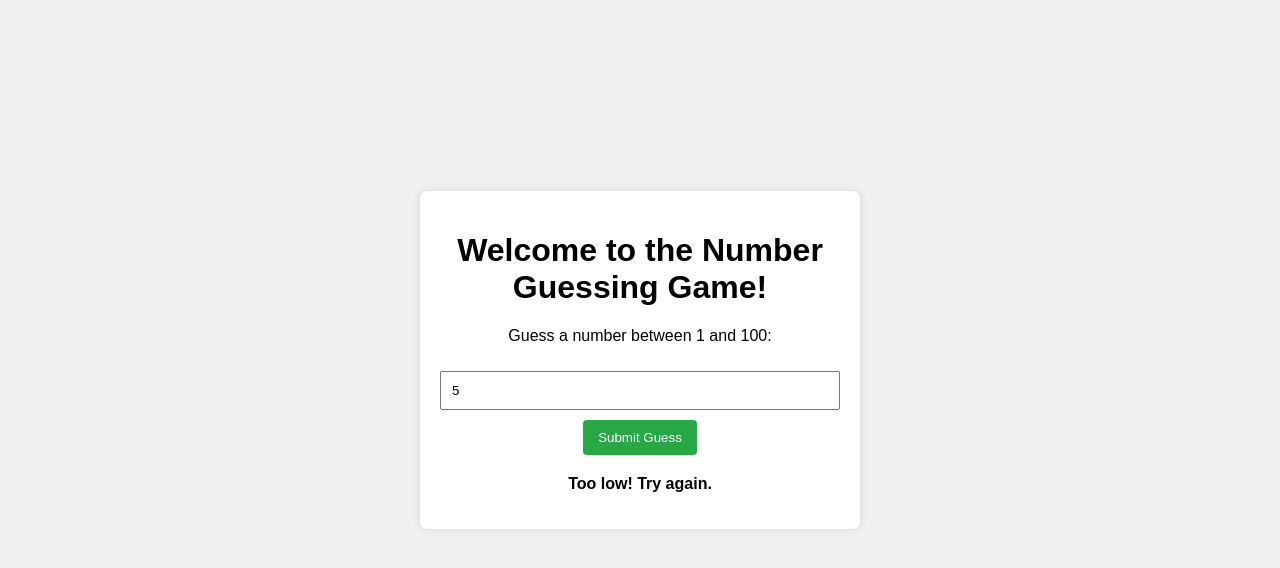
Repository: Rahim-Ullah/hexoforge-bootcamp
Page: phase-2-js-basic/guessing-game.html
An editor plug-in stored every save of this project. The page is shown before and after a run of saves, followed by the edit.
The browser window is 1280 px wide. The pictures show the whole page.
Empty fields were first filled with sample values (such as "Sample", 5 or name@example.com).
After loading, the first visible `#submitGuess` was clicked once.

Above is the page before, as saved 2025-09-06 12:46:28.

After the next 2 saves:
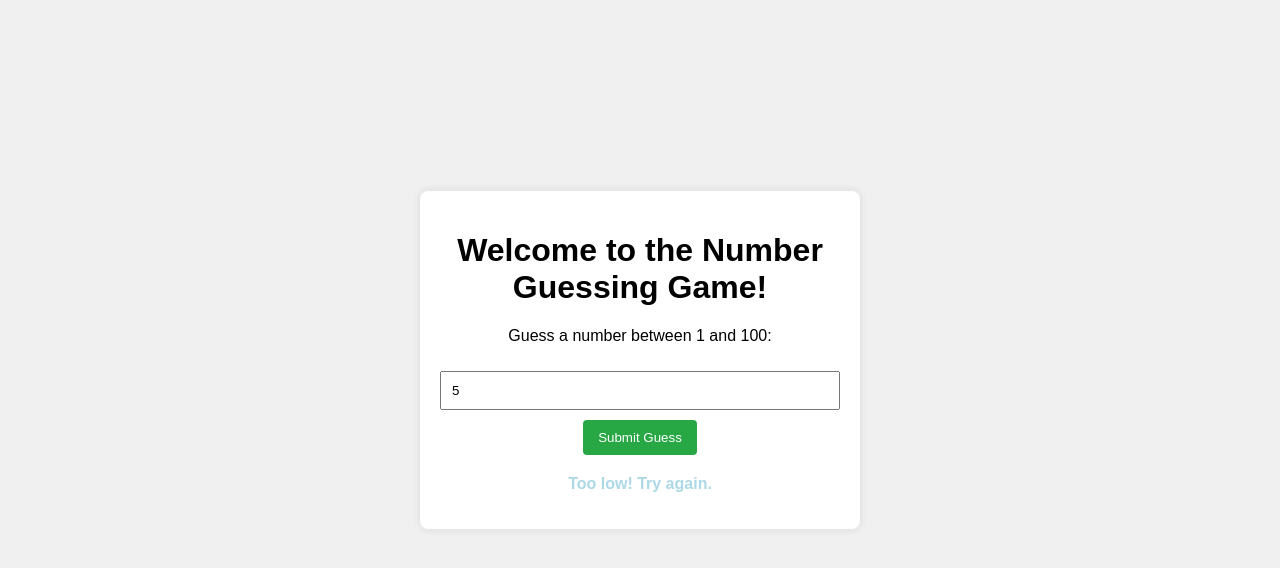
The 2 saves are shown as one change because they came seconds apart.
The last was saved 8 s later.
--- a/phase-2-js-basic/guessing-game.html
+++ b/phase-2-js-basic/guessing-game.html
@@ -87,6 +87,7 @@
                     resultMessage.textContent = `Congratulations! You've guessed the number ${randomNumber} correctly in ${counter} attempts!`;
                     submitGuessButton.disabled = true;
                 } else if (userGuess < randomNumber) {
+                    resultMessage.style.color = 'lightblue';
                     resultMessage.textContent = 'Too low! Try again.';
                 } else {
                     resultMessage.style.color = 'lightcoral';
